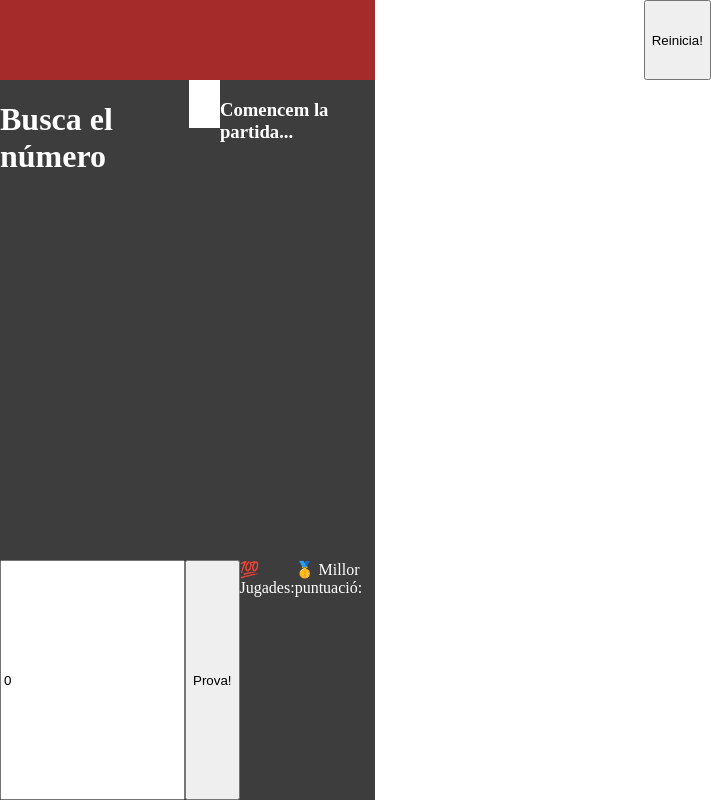
Repository: rdalmau23/M06_01
Page: index.html
These files come from the project's save history. The page is drawn as it stood at one moment and after the next save; the edit follows.
The browser window is 375 px wide. The page is 711 px wide, then 375 px, so the pictures cover 711 px, including what lies to the right of the window. The pictures show the whole page.

Above is the page before, as saved 2024-10-11 11:28:07.

### index.html
<!DOCTYPE html>
<html lang="en">
<head>
    <meta charset="UTF-8">
    <meta name="viewport" content="width=device-width, initial-scale=1.0">
    <title>Endivina el número</title>
    <link rel="stylesheet" href="style.css">
    <script src="script.js"></script>
</head>
<body>
    <header>
        <h2>Busca un número entre 1 i 20</h2>
        <button id="reset">Reinicia!</button>
    </header>
    <main>
        <h1>Busca el número</h1>
        <div id="display-num">?</div>
        <h3>Comencem la partida...</h3>
    </main>
    <footer>
        <input type="number" value="0">
        <button id="play">Prova!</button>
        <div id="display-jugades">💯 Jugades: </div>
        <div id="display-result">🥇 Millor puntuació: </div>
    </footer>
</body>
</html>

### style.css
body{
    margin: 0;
    padding: 0;
    box-sizing: border-box;
    color: white;
}
body, html{
    height: 100%;
}
header{
    background-color: brown;
    display: flex;
    justify-content: center;
    gap: 900px;
    height: 10%;
}
#display-num{
    display: flex;
    justify-content: center;
    background-color: white;
    width: 10%;
    height: 10%;
}
main{
    background-color: rgb(61, 61, 61);
    height: 60%;
    display: flex;
    justify-content: center;





}
footer{
    background-color: rgb(61, 61, 61);
    height: 30%;
    display: flex;
    justify-content: center;
}

Loaded but not shown: script.js (no copy from this time; the picture is the same without it)

After the next save:
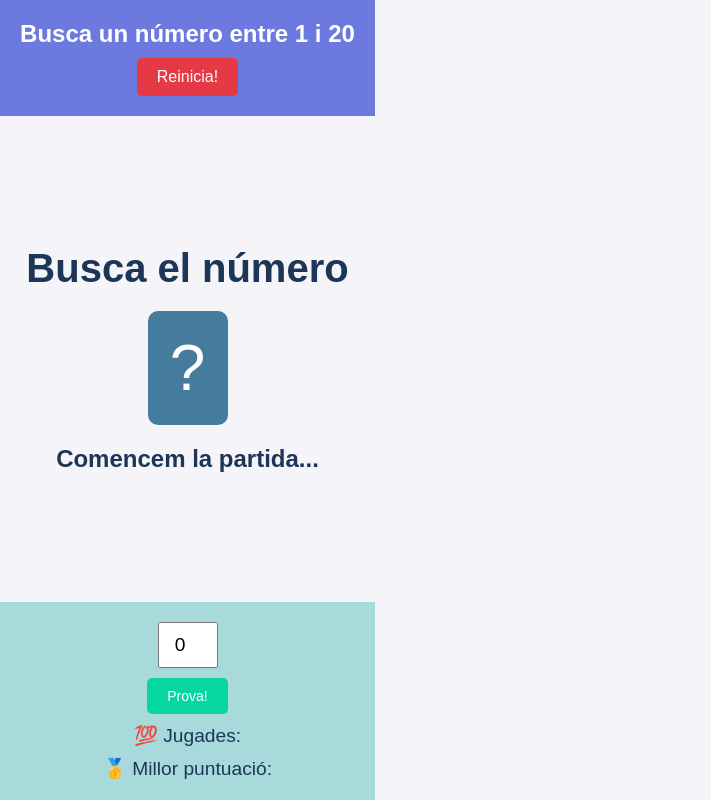
Saved 99 s later.
--- a/style.css
+++ b/style.css
@@ -1,40 +1,121 @@
-body{
+* {
     margin: 0;
     padding: 0;
     box-sizing: border-box;
+  }
+
+  body {
+    font-family: Arial, sans-serif;
+    height: 100vh;
+    display: flex;
+    flex-direction: column;
+    justify-content: space-between;
+    background-color: #f4f4f9;
+  }
+
+  header {
+    background-color: #6c7ae0;
     color: white;
-}
-body, html{
-    height: 100%;
-}
-header{
-    background-color: brown;
+    padding: 20px;
+    text-align: center;
     display: flex;
+    justify-content: space-between;
+    align-items: center;
+  }
+
+  header h2 {
+    margin: 0;
+  }
+
+  header button {
+    background-color: #e63946;
+    border: none;
+    color: white;
+    padding: 10px 20px;
+    cursor: pointer;
+    border-radius: 5px;
+    font-size: 16px;
+  }
+
+  header button:hover {
+    background-color: #d62839;
+  }
+
+  main {
+    flex-grow: 1;
+    display: flex;
+    flex-direction: column;
     justify-content: center;
-    gap: 900px;
-    height: 10%;
-}
-#display-num{
+    align-items: center;
+  }
+
+  main h1 {
+    font-size: 2.5rem;
+    color: #1d3557;
+  }
+
+  #display-num {
+    font-size: 5rem;
+    background-color: #457b9d;
+    color: white;
+    padding: 20px;
+    width: 100px;
+    text-align: center;
+    border-radius: 10px;
+    margin: 20px 0;
+  }
+
+  main h3 {
+    font-size: 1.5rem;
+    color: #1d3557;
+  }
+
+  footer {
+    background-color: #a8dadc;
+    padding: 20px;
     display: flex;
-    justify-content: center;
-    background-color: white;
-    width: 10%;
-    height: 10%;
-}
-main{
-    background-color: rgb(61, 61, 61);
-    height: 60%;
-    display: flex;
-    justify-content: center;
+    justify-content: space-around;
+    align-items: center;
+  }
 
+  footer input[type="number"] {
+    width: 60px;
+    padding: 10px;
+    font-size: 1.2rem;
+    text-align: center;
+  }
 
+  footer button {
+    background-color: #06d6a0;
+    border: none;
+    color: white;
+    padding: 10px 20px;
+    cursor: pointer;
+    border-radius: 5px;
+    font-size: 16px;
+  }
 
+  footer button:hover {
+    background-color: #04b383;
+  }
 
+  footer div {
+    font-size: 1.2rem;
+    color: #1d3557;
+  }
 
-}
-footer{
-    background-color: rgb(61, 61, 61);
-    height: 30%;
-    display: flex;
-    justify-content: center;
-}
+  @media (max-width: 600px) {
+    header, footer {
+      flex-direction: column;
+      gap: 10px;
+    }
+
+    #display-num {
+      font-size: 4rem;
+      width: 80px;
+    }
+
+    footer button {
+      font-size: 14px;
+    }
+  }
